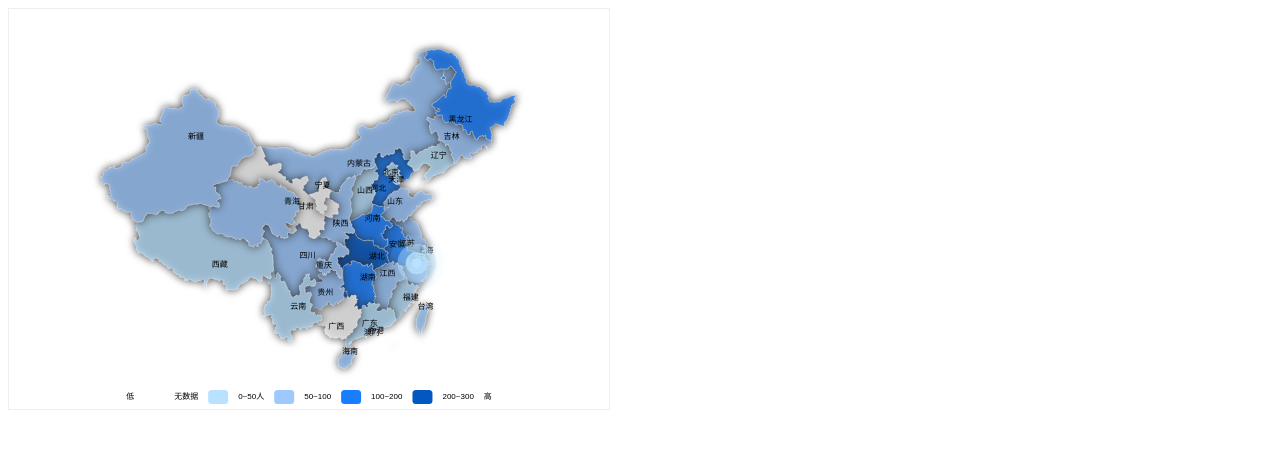
Repository: 572031690/echartssimple
Page: 21.地图常见效果_地图和散点图结合.html
These files come from the project's save history. The page is drawn as it stood at one moment and after the next save; the edit follows.
The browser window is 1280 px wide. The pictures show the whole page.

Above is the page before, as saved 2021-08-11 13:54:23.

After the next save:
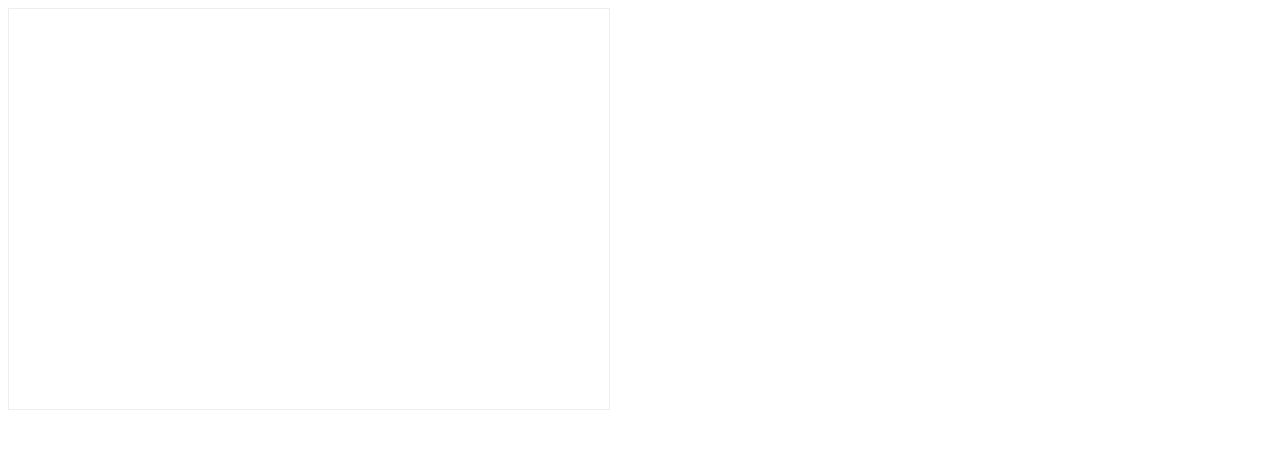
Console error: SyntaxError: Unexpected token ':'
Saved 26 s later.
--- a/21.地图常见效果_地图和散点图结合.html
+++ b/21.地图常见效果_地图和散点图结合.html
@@ -99,13 +99,13 @@
             data: airData,
             geoIndex: 0, // 将空气质量的数据和第0个geo配置关联在一起
             type: 'map',
-            label: {
-              normal: {
-                show: false
-            },
-              emphasis: {
-                show: true
-            }
+            // label: {
+            //   normal: {
+            //     show: false
+            // },
+            //   emphasis: {
+            //     show: true
+            // }
             },
             tooltip: {
               // 利用formatter来自定义tooltip展示的数据

After the save that followed:
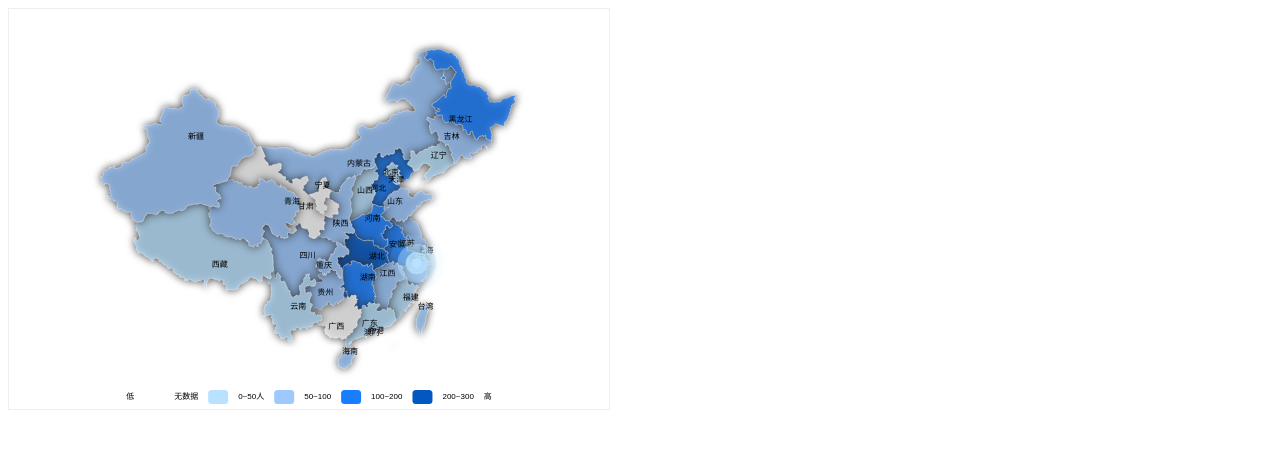
The error is gone.
Saved 10 s later.
--- a/21.地图常见效果_地图和散点图结合.html
+++ b/21.地图常见效果_地图和散点图结合.html
@@ -106,7 +106,7 @@
             //   emphasis: {
             //     show: true
             // }
-            },
+            // },
             tooltip: {
               // 利用formatter来自定义tooltip展示的数据
               formatter: function (params,ticket,callback) {
